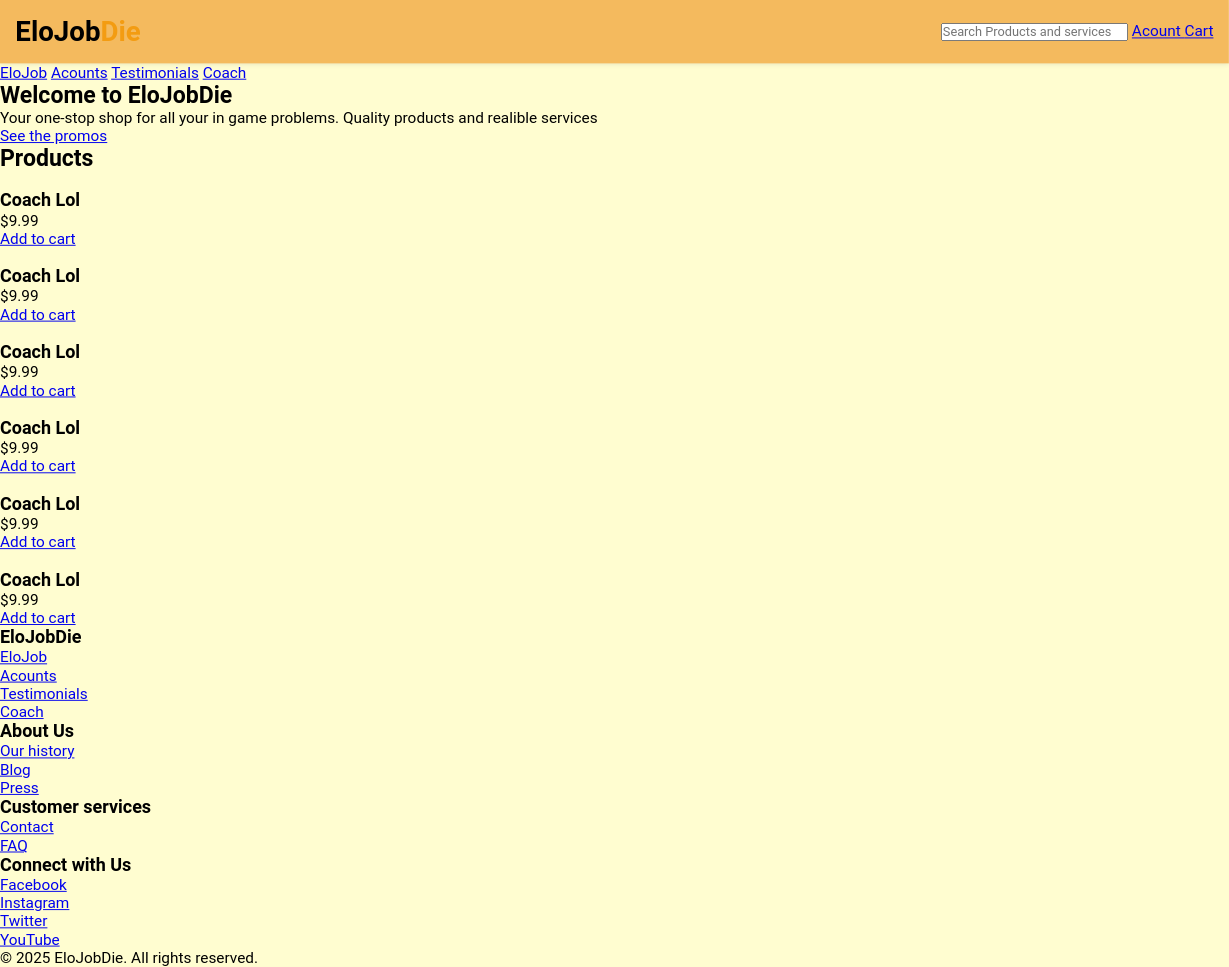
Repository: JustTheHero/web_online_store
Page: homePage.html
An editor plug-in stored every save of this project. The page is shown before and after the next save, followed by the edit.
The browser window is 1280 px wide. The pictures show the whole page, at 96% of full size.

Above is the page before, as saved 2025-04-24 09:48:39.

After the next save:
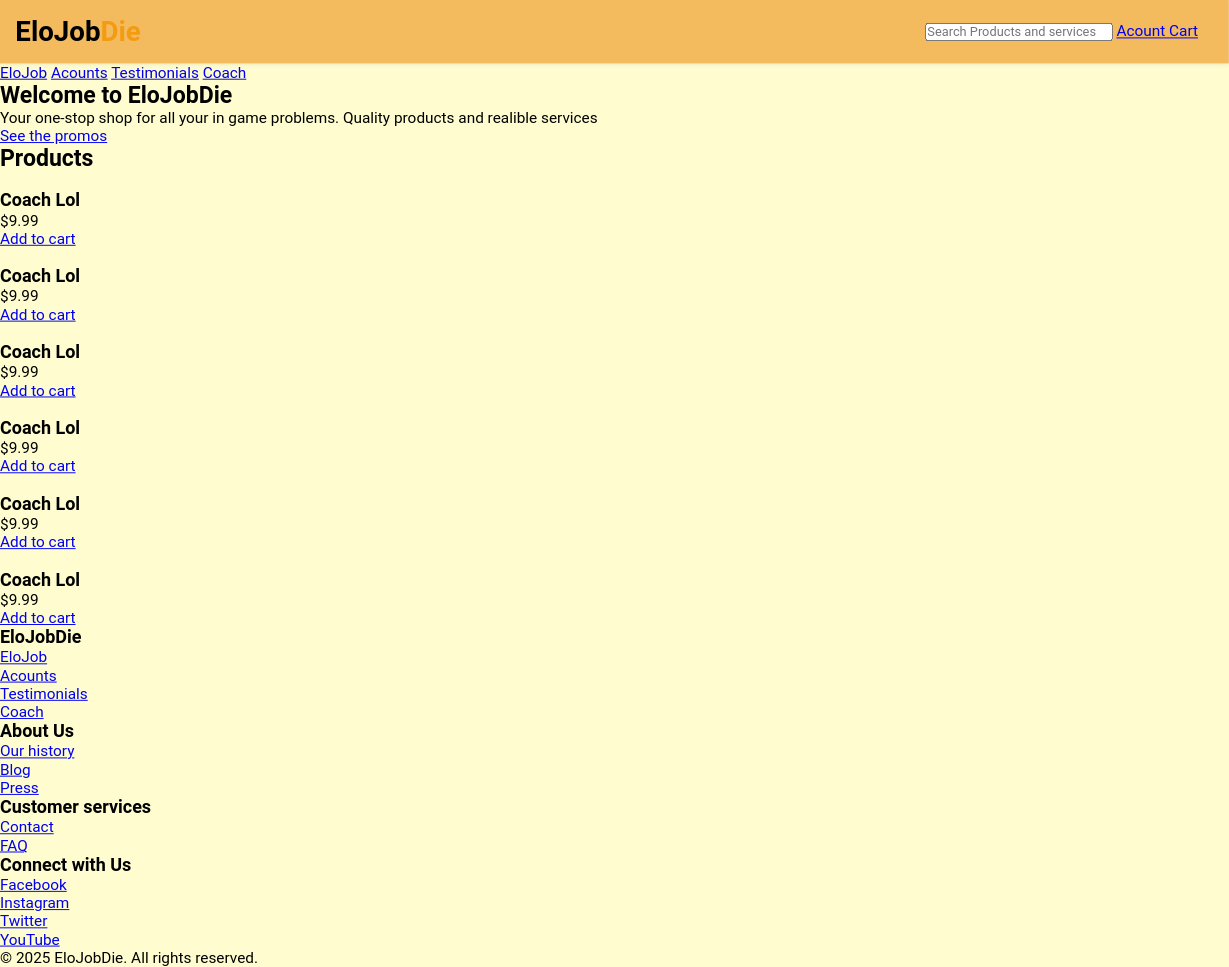
Saved 20 s later.
--- a/homePage.html
+++ b/homePage.html
@@ -32,6 +32,9 @@
             display: flex;
             justify-content: space-between;
             align-items: center;
+        }
+        .search_bar{
+            width: 300px;
         }
     </style>
 </head>
